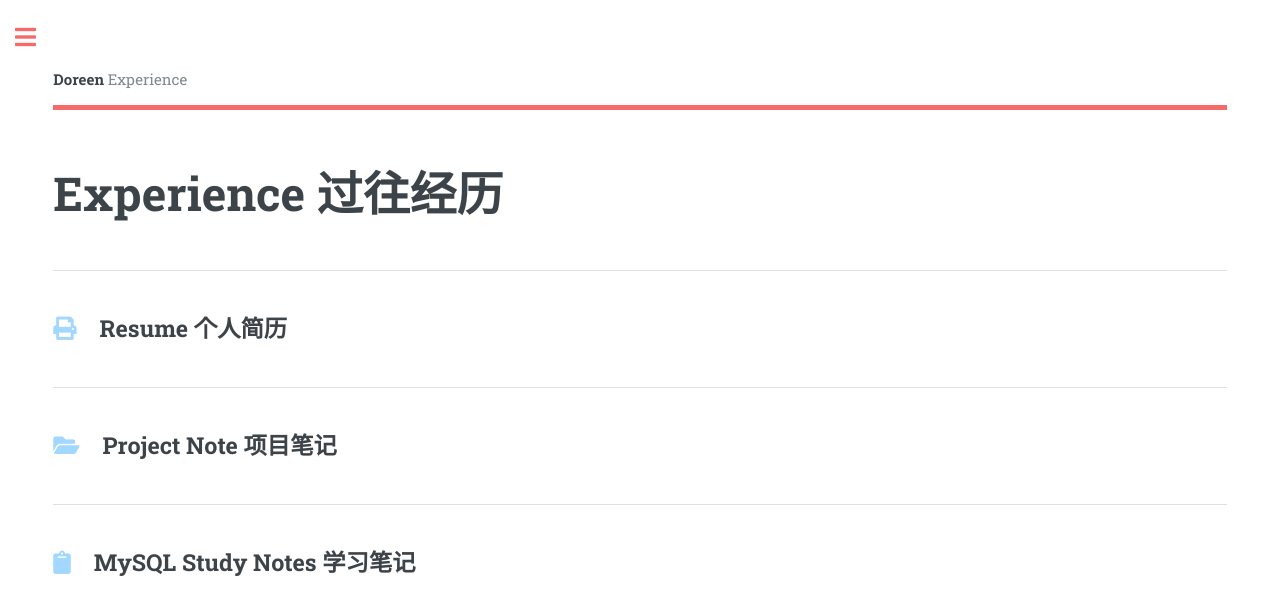
Repository: Hpz3859/Hpz3859.github.io
Page: experience.html
The author's editor kept a copy of each file at every save. The page is drawn from the files as they stood at one save, then again after the next save.
The browser window is 1280 px wide. The pictures show the whole page.

Above is the page before, as saved 2025-03-19 14:56:04.

### experience.html
<!DOCTYPE HTML>
<!--
	Editorial by HTML5 UP
	html5up.net | @ajlkn
	Free for personal and commercial use under the CCA 3.0 license (html5up.net/license)
-->
<html>
	<head>
		<title>Doreen Experience</title>
		<meta charset="utf-8" />
		<meta name="viewport" content="width=device-width, initial-scale=1, user-scalable=no" />
		<link rel="stylesheet" href="assets/css/main.css" />
	</head>
	<body class="is-preload">

		<!-- Wrapper -->
			<div id="wrapper">

				<!-- Main -->
					<div id="main">
						<div class="inner">

							<!-- Header -->
								<header id="header">
									<a href="experience.html" class="logo"><strong>Doreen</strong>  Experience</a>
									<!--
									<ul class="icons">
										<li><a href="#" class="icon brands fa-twitter"><span class="label">Twitter</span></a></li>
										<li><a href="#" class="icon brands fa-facebook-f"><span class="label">Facebook</span></a></li>
										<li><a href="#" class="icon brands fa-snapchat-ghost"><span class="label">Snapchat</span></a></li>
										<li><a href="#" class="icon brands fa-instagram"><span class="label">Instagram</span></a></li>
										<li><a href="#" class="icon brands fa-medium-m"><span class="label">Medium</span></a></li>
									</ul>
									-->
								</header>

							<!-- Content -->
								<section>
									<header class="main">
										<h1>Experience 过往经历</h1>
									</header>
										<!-- Content -->
										<hr class="major" />

										<div class="content">
											<h2>
												<span class="icon solid fa-print" style="color: #a2d7ff;"></span>
												&nbsp;&nbsp;
												<a href="resume.html" class="logo">Resume 个人简历</a>
											</h2>
										</div>


										<hr class="major" />

										<div class="content">
											<h2>
												<span class="icon solid fa-folder-open" style="color: #a2d7ff;"></span>
												&nbsp;&nbsp;
												<a href="resume.html" class="logo">Project Note 项目笔记</a>
											</h2>
										</div>

										<hr class="major" />

										<div class="content">
											<h2>
												<span class="icon solid fa-clipboard" style="color: #a2d7ff;"></span>
												&nbsp;&nbsp;
												<a href="resume.html" class="logo">MySQL Study Notes 学习笔记</a>
											</h2>
										</div>


								</section>

						</div>
					</div>

				<!-- Sidebar -->
					<div id="sidebar">
						<div class="inner">

							<!-- Search -->
								<section id="search" class="alt">
									<form method="post" action="#">
										<input type="text" name="query" id="query" placeholder="Search" />
									</form>
								</section>

							<!-- Menu -->
								<nav id="menu">
									<header class="major">
										<h2>目录</h2>
									</header>
									<ul>
										<li><a href="index.html">主页</a></li>
										<li>
											<span class="opener">过往经历</span>
											<ul>
												<li><a href="resume.html">个人简历</a></li>
												<li><a href="#">项目笔记</a></li>
												<li><a href="mysql.html">MySQL学习笔记</a></li>
											</ul>
										</li>
									</ul>
								</nav>


							<!-- Section -->
								<section>
									<header class="major">
										<h2>联系我</h2>
									</header>
									<p> </p>
									<ul class="contact">
										<li class="icon solid fa-envelope"><a href="#">h18286003859@163.com</a></li>
										<li class="icon solid fa-phone">(+86)13001993255</li>
										<!-- 地址
										<li class="icon solid fa-home"></li>
										-->
									</ul>
								</section>

							<!-- Footer -->
							 <!--
								<footer id="footer">
									<p class="copyright">&copy; Untitled. All rights reserved. Demo Images: <a href="https://unsplash.com">Unsplash</a>. Design: <a href="https://html5up.net">HTML5 UP</a>.</p>
								</footer>
							-->

						</div>
					</div>

			</div>

		<!-- Scripts -->
			<script src="assets/js/jquery.min.js"></script>
			<script src="assets/js/browser.min.js"></script>
			<script src="assets/js/breakpoints.min.js"></script>
			<script src="assets/js/util.js"></script>
			<script src="assets/js/main.js"></script>

	</body>
</html>

Loaded but not shown: assets/js/jquery.min.js (library); assets/js/browser.min.js (common file); assets/js/breakpoints.min.js (common file); assets/css/fontawesome-all.min.css (library); assets/js/util.js (587 lines, source omitted); assets/js/main.js (262 lines, source omitted); assets/css/main.css (2273 lines, source omitted)

After the next save:
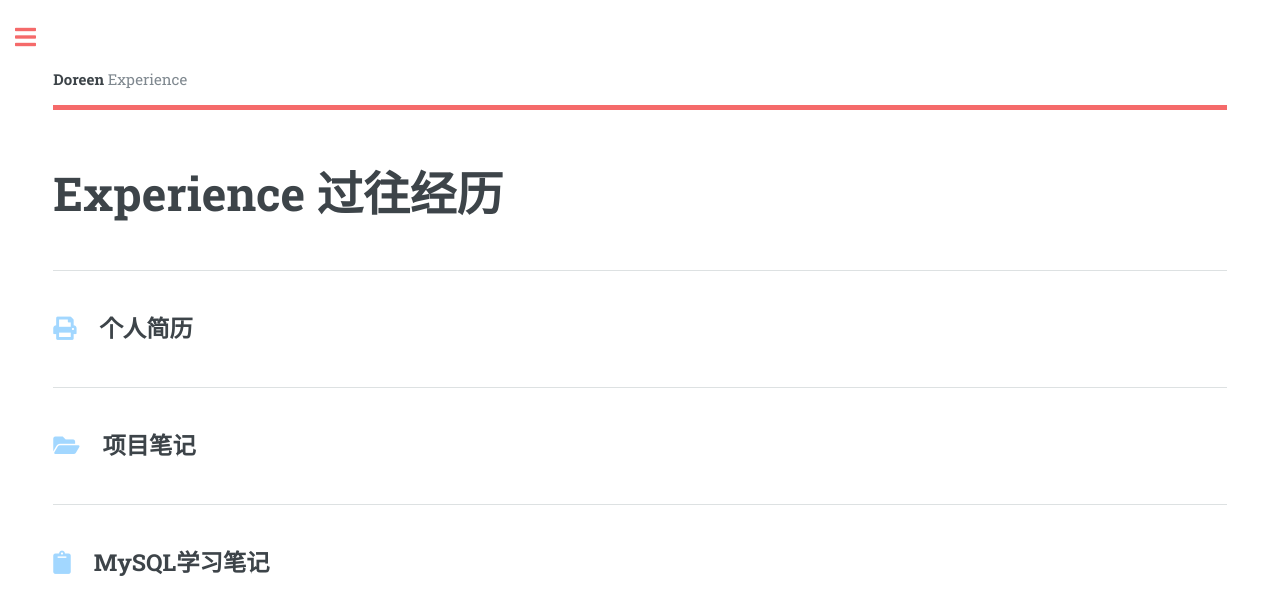
Saved 89 s later.
--- a/experience.html
+++ b/experience.html
@@ -46,7 +46,7 @@
 											<h2>
 												<span class="icon solid fa-print" style="color: #a2d7ff;"></span>
 												&nbsp;&nbsp;
-												<a href="resume.html" class="logo">Resume 个人简历</a>
+												<a href="resume.html" class="logo">个人简历</a>
 											</h2>
 										</div>
 
@@ -57,7 +57,7 @@
 											<h2>
 												<span class="icon solid fa-folder-open" style="color: #a2d7ff;"></span>
 												&nbsp;&nbsp;
-												<a href="resume.html" class="logo">Project Note 项目笔记</a>
+												<a href="#" class="logo">项目笔记</a>
 											</h2>
 										</div>
 
@@ -67,7 +67,7 @@
 											<h2>
 												<span class="icon solid fa-clipboard" style="color: #a2d7ff;"></span>
 												&nbsp;&nbsp;
-												<a href="resume.html" class="logo">MySQL Study Notes 学习笔记</a>
+												<a href="mysql.html" class="logo">MySQL学习笔记</a>
 											</h2>
 										</div>
 
